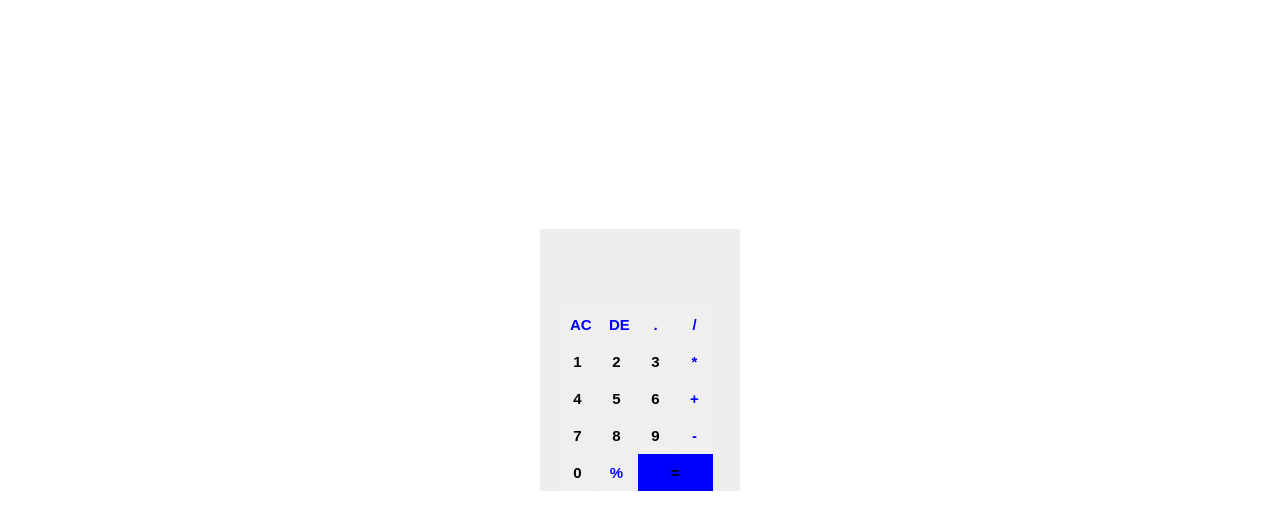
Repository: jerrys-arch/web-calculator
Page: index.html
An editor plug-in stored every save of this project. The page is shown before and after a run of saves, followed by the edit.
The browser window is 1280 px wide. The pictures show the whole page.

Above is the page before, as saved 2024-11-30 05:33:15.

### index.html
<!DOCTYPE html>
<html lang="en">
<head>
    <meta charset="UTF-8">
    <meta name="viewport" content="width=device-width, initial-scale=1.0">
    <title>calculator</title>
    <link rel="stylesheet" href="styles.css">
</head>
<body>
    <div class="container">
        <div class="calculator">
            <form>
            <div class="display">
                <input id="display" type="text">
            </div>
            <div class="btn">
                <input type="button" value="AC" class="operator">
                <input type="button" value="DE" class="operator">
                <input type="button" value="." class="operator">
                <input type="button" value="/" class="operator">
            </div>
            <div class="btn">
                <input type="button" value="1">
                <input type="button" value="2">
                <input type="button" value="3">
                <input type="button" value="*" class="operator">
            </div>
            <div>
                <input type="button" value="4">
                <input type="button" value="5">
                <input type="button" value="6">
                <input type="button" value="+" class="operator">
            </div>
            <div class="btn">
                <input type="button" value="7">
                <input type="button" value="8">
                <input type="button" value="9">
                <input type="button" value="-" class="operator">
            </div>
            <div class="btn">
                <input type="button" value="0">
                <input type="button" value="%" class="operator">
                <input type="button" value="=" id="equal">
            </div>
        </form>
        </div>
    </div>
    <script src="script.js"></script>
</body>
</html>

### styles.css
*{
    margin:0;
    padding:0;
    box-sizing: border-box;
}

.container{
    display:flex;
    align-items: center;
    justify-content: center;
    height:100vh;
}
.calculator{
    align-items: center;
    padding-left:20px;
    width:200px;
    background: #eee;
}
.calculator form input{
    width:35px;
    padding: 10px;
    border:none;
    font-size: 15px;
    font-weight: bold;
}
.calculator form .display{
   padding: 20px;

}
.calculator form #display{
   width:100%;
   border:none;
   background: transparent;
}
.calculator form #equal{
    width:75px;
    background: blue;
}
.operator{
    color:blue;
}

### script.js

const display = document.getElementById("dsiplay");
function appendToDisplay(value){
    display.value +=value;
}

After the next 4 saves:
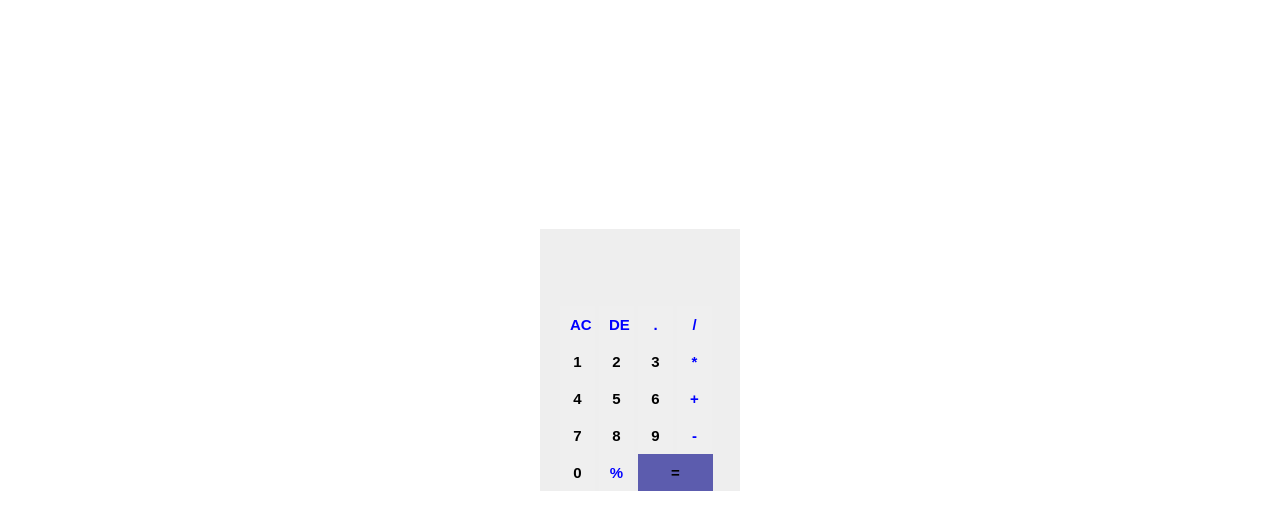
The 4 saves are shown as one change because they came seconds apart.
The last was saved 11 s later.
--- a/styles.css
+++ b/styles.css
@@ -34,7 +34,7 @@
 }
 .calculator form #equal{
     width:75px;
-    background: blue;
+    background: rgb(92, 92, 174);
 }
 .operator{
     color:blue;
